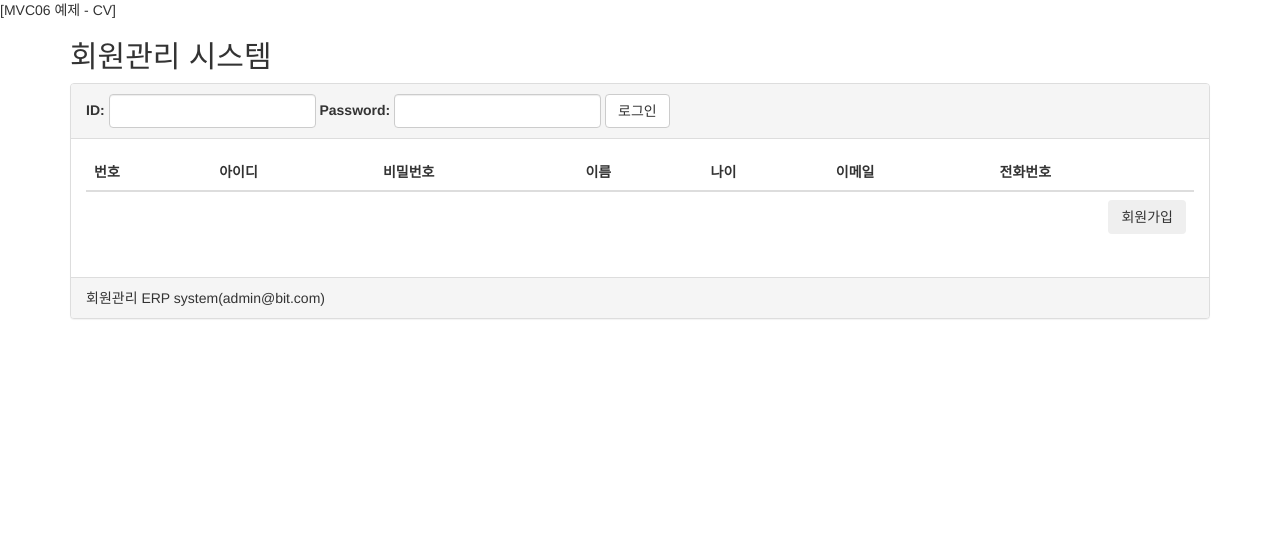
Repository: yhb131618/JAVA_WEB_PROJECT
Page: http://localhost/MVC06/WEB-INF/member/memberlist.jsp
These files come from the project's save history. The page is drawn as it stood at one moment and after the next save; the edit follows.
The browser window is 1280 px wide. The pictures show the whole page.
Some web libraries are served in a nearby version. The page is served by Tomcat 9. Nobody is signed in. Other server files are loaded and not shown. The template is opened directly, without the code that normally fills it, so the values that code supplies are empty.

Above is the page before, as saved 2023-12-27 05:45:10.

### MVC06/WebContent/WEB-INF/member/memberlist.jsp
<%@ page language="java" contentType="text/html; charset=UTF-8"
    pageEncoding="UTF-8"%>
<%@ page import="kr.bit.model.*" %>
<%@ page import="java.util.*" %>

<%

	ArrayList<MemberVO> list = (ArrayList<MemberVO>)request.getAttribute("list");
%>
<%@taglib prefix="c" uri="http://java.sun.com/jsp/jstl/core" %>
<c:set var="ctx" value="${pageContext.request.contextPath}"/>

<!DOCTYPE html>
<html>
<head>
<meta charset="UTF-8">
<meta name="viewport" content="width=device-width, initial-scale=1">
<link rel="stylesheet" href="https://maxcdn.bootstrapcdn.com/bootstrap/3.4.1/css/bootstrap.min.css">
<script src="https://code.jquery.com/jquery-3.2.1.min.js"></script>
<script src="https://ajax.googleapis.com/ajax/libs/jquery/3.7.1/jquery.min.js"></script>
<script src="https://maxcdn.bootstrapcdn.com/bootstrap/3.4.1/js/bootstrap.min.js"></script>
<script type="text/javascript">
	$(document).ready(function(){
		<c:if test="${!empty msg}">
			alter("${msg}");
			<c:remove var="msg" scope="session"/>
		</c:if>
	});

	function deleteFn(num){
		location.href="${ctx}/memberDelete.do?num="+num;
	}
	function check(){
		if($('#user_id').val()== ''){
			alert("아이디를 입력하세요");
			return false;
		}
		if($('#password').val()== ''){
			alert("비밀번호를 입력하세요");
			return false;
		}

	return true;
	}
	function logout(){
		//System.out.println("logout");
		location.href="<c:url value='/memberLogout.do'/>";
	}
</script>
<title>Insert title here</title>
</head>
<body>
[MVC06 예제 - CV]

<div class ="container">
	<h2>회원관리 시스템</h2>
	<div class="panel panel-default">
		<div class="panel-heading">
		<c:if test="${sessionScope.userId == null || sessionScope.userId == ''}">

			<form class="form-inline" action="${ctx}/memberLogin.do" method="post">
			  <div class="form-group">
			    <label for="user_id">ID:</label>
			    <input type="text" class="form-control" id="user_id" name ="user_id">
			  </div>
			  <div class="form-group">
			    <label for="pwd">Password:</label>
			    <input type="password" class="form-control" id="password" name ="password">
			  </div>
			  <button type="submit" class="btn btn-default" onclick="return check()">로그인</button>
			</form>
		</c:if>


		<c:if test="${sessionScope.userId != null && sessionScope.userId != ''}">
			${sessionScope.userName}님 환영합니다.
			<button type="button" class="btn btn-warnging" onclick="logout()">로그아웃</button>
	    </c:if>

		</div>
		<div class="panel-body">
			<div class="table-responsive">
			  <table class="table table-hover">
			    <thead>
					<tr>
						<th>번호</th>
						<th>아이디</th>
						<th>비밀번호</th>
						<th>이름</th>
						<th>나이</th>
						<th>이메일</th>
						<th>전화번호</th>
					</tr>
			    </thead>
			    <tbody>
					<c:forEach var="vo" items="${list}">
							<tr>
								<td>${vo.num}</td>
								<td><a href="${ctx}/memberContent.do?num=${vo.num}">${vo.id}</a></td>
								<td>${vo.pass}</td>
								<td>${vo.name}</td>
								<td>${vo.age}</td>
								<td>${vo.email}</td>
								<td>${vo.phone}</td>

								<c:if test="${sessionScope.userId==vo.id}">
									<td><input type="button" value="삭제" class="btn btn-Warning" onclick="deleteFn(${vo.num})"></td>
								</c:if>
								<c:if test="${sessionScope.userId!=vo.id}">
									<td><input type="button" value="삭제" class="btn btn-Warning" onclick="deleteFn(${vo.num})" disabled="disabled"></td>
								</c:if>
							</tr>
					</c:forEach>
						<tr>
						<td colspan="8" align="right"><input type="button" value="회원가입" class="btn" onclick="location.href='${ctx}/memberRegister.do'"/></td>
						</tr>
			    </tbody>
			  </table>
			  </div>
			</div>
			  <div class="panel-footer">
			  	회원관리 ERP system(admin@bit.com)
			  </div>

		 </div>


</div>



</body>
</html>

After the next save:
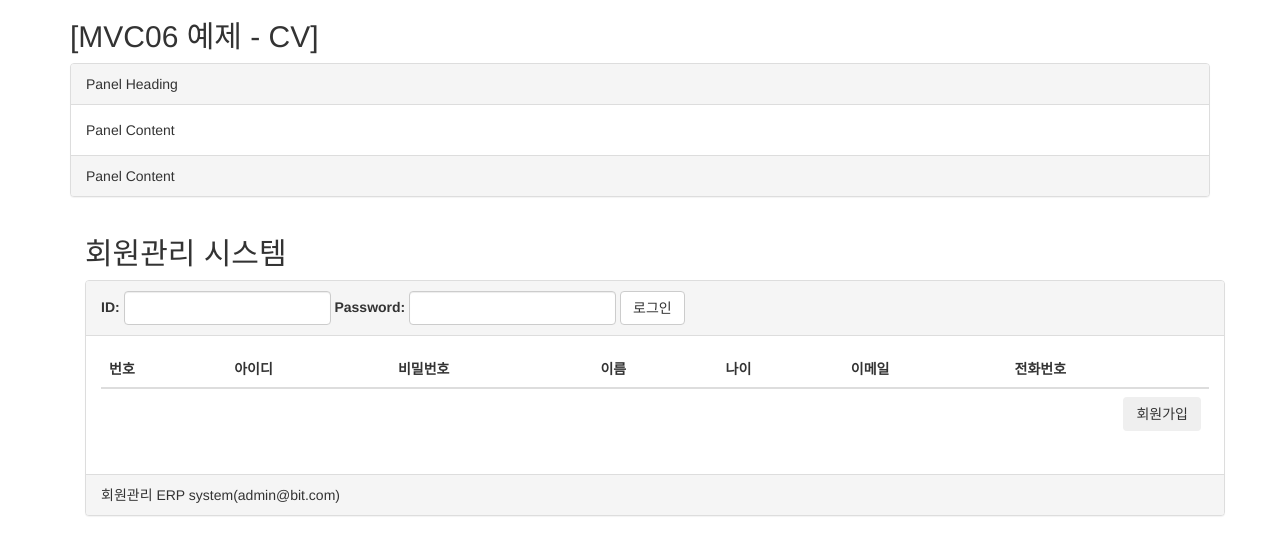
Saved 5 min 21 s later.
--- a/MVC06/WebContent/WEB-INF/member/memberlist.jsp
+++ b/MVC06/WebContent/WEB-INF/member/memberlist.jsp
@@ -50,7 +50,16 @@
 <title>Insert title here</title>
 </head>
 <body>
-[MVC06 예제 - CV]
+
+<div class="container">
+  <h2>[MVC06 예제 - CV]</h2>
+  <div class="panel panel-default">
+    <div class="panel-heading">Panel Heading</div>
+    <div class="panel-body">Panel Content</div>
+    <div class="panel-footer">Panel Content</div>
+
+  </div>
+
 
 <div class ="container">
 	<h2>회원관리 시스템</h2>
